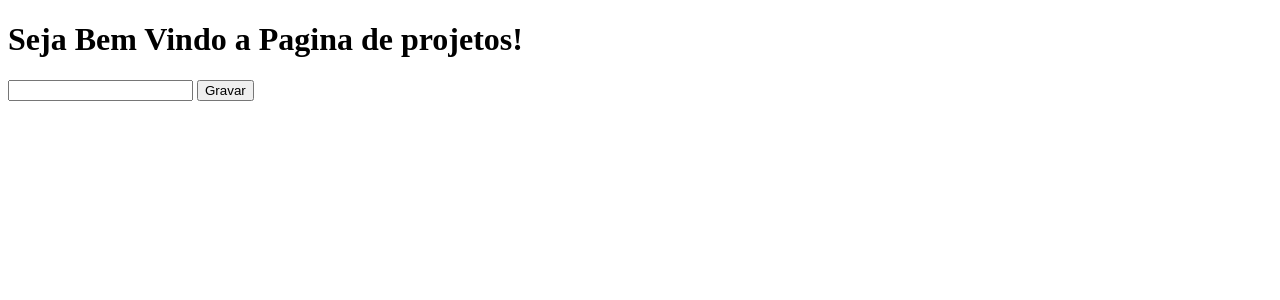
Repository: ericvinicius/cursojavaweb
Page: workspace/Projeto-Pessoal/WebContent/Main.html
An editor plug-in stored every save of this project. The page is shown before and after the next save, followed by the edit.
The browser window is 1280 px wide. The pictures show the whole page.

Above is the page before, as saved 2013-03-16 17:42:47.

### workspace/Projeto-Pessoal/WebContent/Main.html
<!DOCTYPE html PUBLIC "-//W3C//DTD HTML 4.01 Transitional//EN" "http://www.w3.org/TR/html4/loose.dtd">
<html>
<head>
<meta http-equiv="Content-Type" content="text/html; charset=UTF-8">
<title>Eric's Project</title>
</head>
<body>
	<h1>Seja Bem Vindo a Pagina de projetos!</h1>

	<input type="text" name="nome" />
	<input type="submit" value="Gravar" />



</body>
</html>

After the next save:
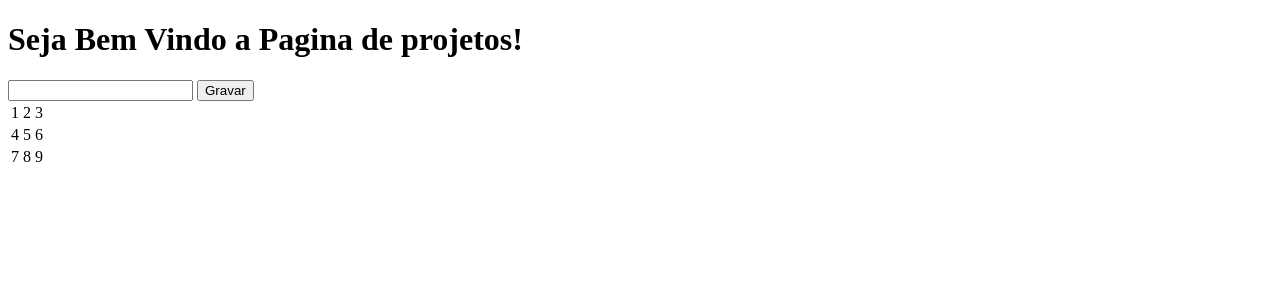
Saved 18 min 27 s later.
--- a/workspace/Projeto-Pessoal/WebContent/Main.html
+++ b/workspace/Projeto-Pessoal/WebContent/Main.html
@@ -9,6 +9,19 @@
 
 	<input type="text" name="nome" />
 	<input type="submit" value="Gravar" />
+	<table>
+		<tr><td> 1 </td>
+			<td> 2 </td>
+			<td> 3 </td>
+		</tr>
+		<tr><td> 4 </td>
+			<td> 5 </td>
+			<td> 6 </td>
+		</tr>
+		<tr><td> 7 </td>
+			<td> 8 </td>
+			<td> 9 </td>
+	</table>
 
 
 
